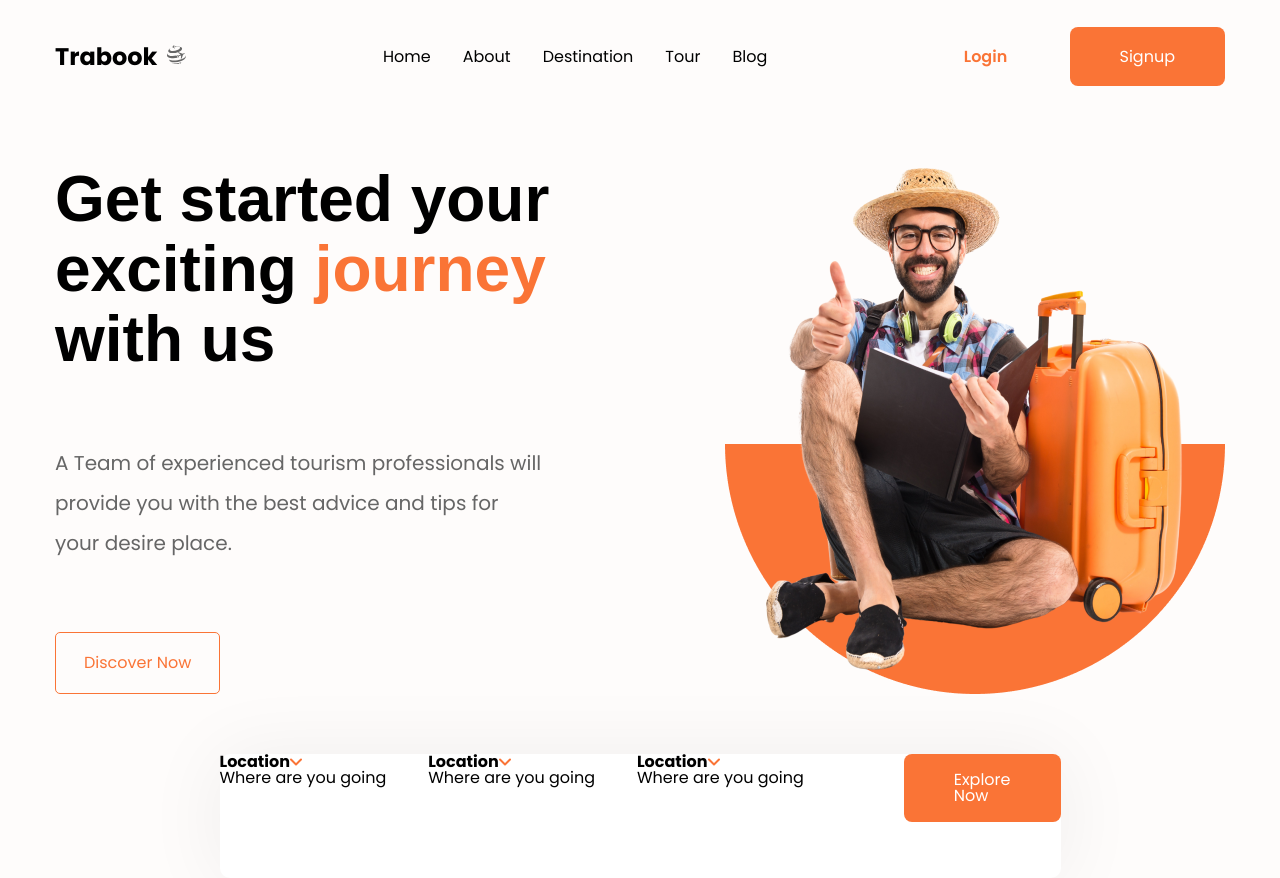
Repository: phobo99/phobo99.github.io
Page: Trabook/index.html
An editor plug-in stored every save of this project. The page is shown before and after the next save, followed by the edit.
The browser window is 1280 px wide. The pictures show the whole page.
Some web fonts or font styles are not loaded; a fallback is used. Some web libraries are served in a nearby version. The style sheet was rebuilt from its Sass, Less or Tailwind sources for each picture, by a compiler version that may differ from the author's.

Above is the page before, as saved 2022-06-18 23:00:53.

After the next save:
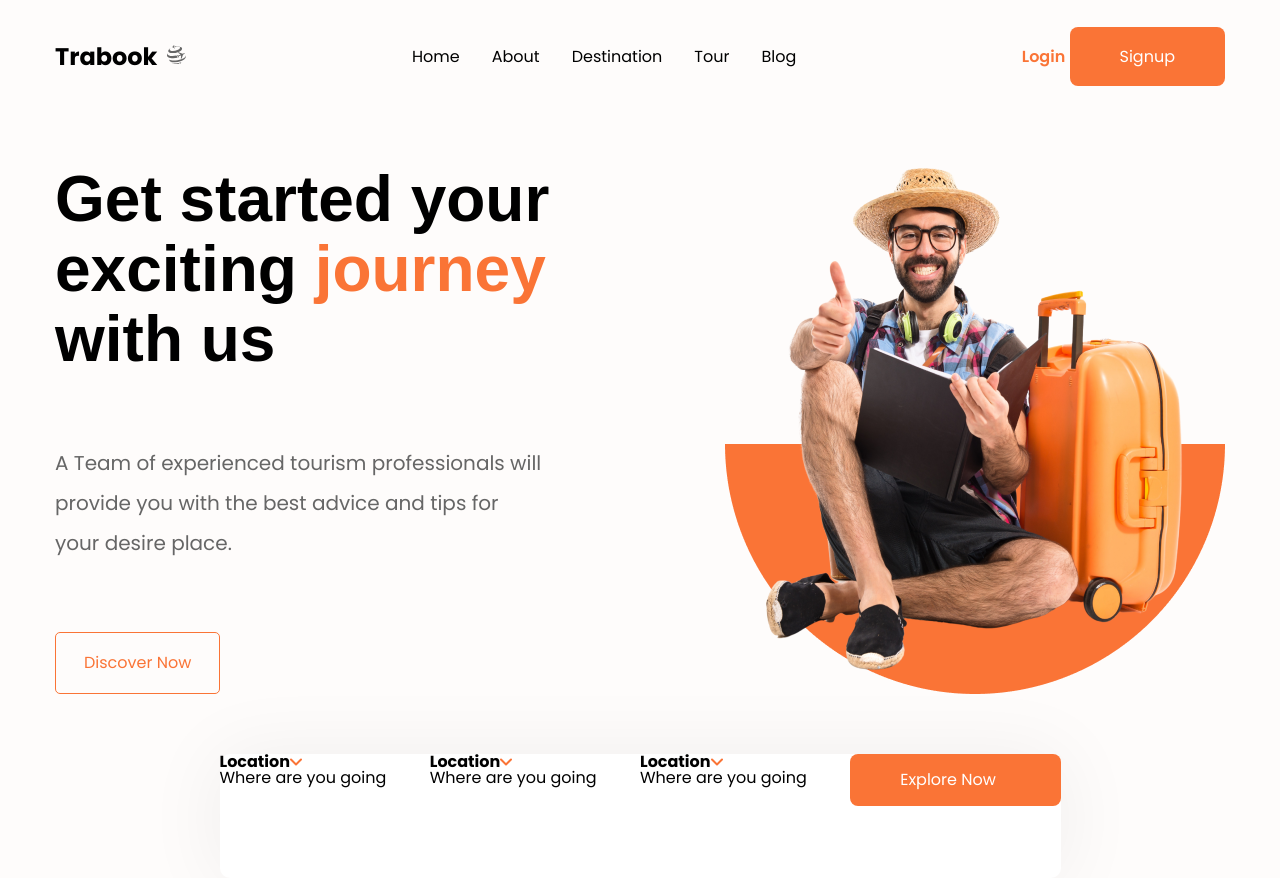
Saved 3 min 32 s later.
--- a/Trabook/style.scss
+++ b/Trabook/style.scss
@@ -61,12 +61,10 @@ h1 {
     font-size: 20px;
   }
   .button-primary {
-    width: fit-content;
     padding: 18px 50px;
     background-color: $primary-color;
+    color: white;
     border-radius: 8px;
-    color: white;
-    margin-left: 58px;
     cursor: pointer;
     &:hover {
       opacity: 0.8;
